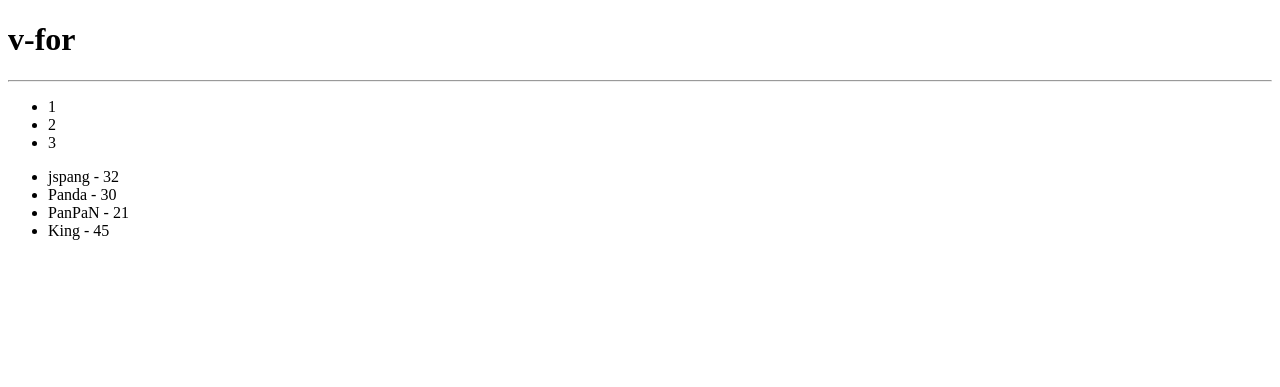
Repository: 13982720426/vue2.0-LearningNotes
Page: example/v-for.html
These files come from the project's save history. The page is drawn as it stood at one moment and after the next save; the edit follows.
The browser window is 1280 px wide. The pictures show the whole page.

Above is the page before, as saved 2021-06-17 15:54:54.

### example/v-for.html
<!DOCTYPE html>
<html lang="en">
  <head>
    <meta charset="UTF-8" />
    <meta http-equiv="X-UA-Compatible" content="IE=edge" />
    <meta name="viewport" content="width=device-width, initial-scale=1.0" />
    <title>v-for</title>
    <script type="text/javascript" src="../assets/js/vue.js"></script>
  </head>
  <body>
    <h1>v-for</h1>
    <hr />
    <div id="app">
      <ul>
        <li v-for="item in sortItems">{{item}}</li>
      </ul>
      <ul>
        <li v-for="student in students">{{student.name}} - {{student.age}}</li>
      </ul>
    </div>
    <script type="text/javascript">
      var app = new Vue({
        el: '#app',
        data: {
          items: [20, 23, 18, 65, 32, 19, 54, 56, 41],
          students: [
            { name: 'jspang', age: 32 },
            { name: 'Panda', age: 30 },
            { name: 'PanPaN', age: 21 },
            { name: 'King', age: 45 },
          ],
        },
        computed: {
          sortItems: function () {
            // return this.items.sort(sortNumber);
            return [1, 2, 3];
          },

          sortStudent: function () {
            return sortByKey(this.students, 'age');
          },
        },
      });
      function sortNumber(a, b) {
        return a - b;
      }
      //数组对象方法排序:
      function sortByKey(array, key) {
        return array.sort(function (a, b) {
          var x = a[key];
          var y = b[key];
          return x < y ? -1 : x > y ? 1 : 0;
        });
      }
    </script>
  </body>
</html>

Loaded but not shown: assets/js/vue.js (library)

After the next save:
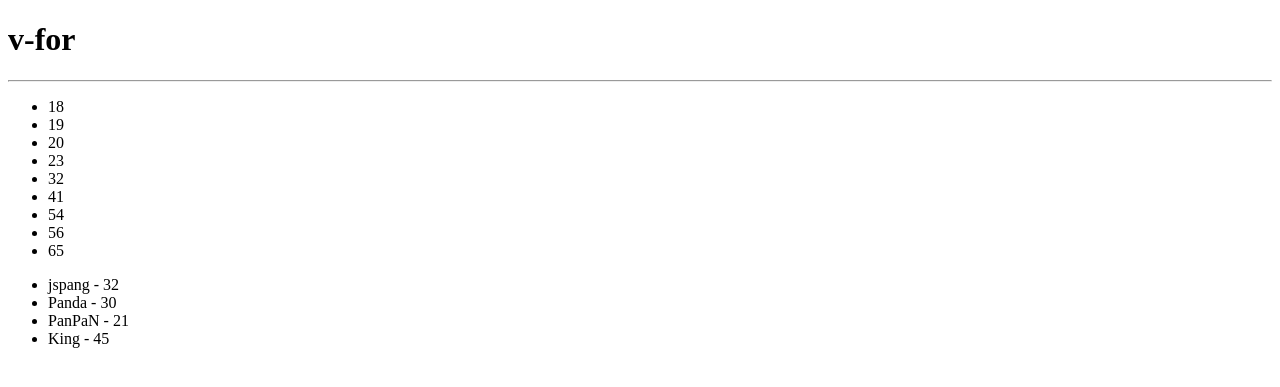
Saved 19 s later.
--- a/example/v-for.html
+++ b/example/v-for.html
@@ -33,7 +33,7 @@
         computed: {
           sortItems: function () {
             // return this.items.sort(sortNumber);
-            return [1, 2, 3];
+            return this.items.sort();
           },
 
           sortStudent: function () {
